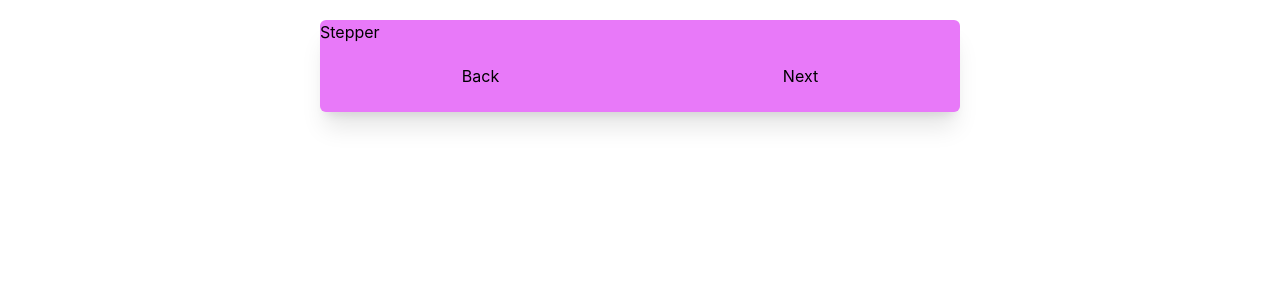
Repository: OmniaRafat232111121/reactstepper
Page: /
The author's editor kept a copy of each file at every save. The page is drawn from the files as they stood at one save, then again after a run of saves.
The browser window is 1280 px wide. The pictures show the whole page.
The project was rebuilt for these pictures with package versions that can differ from the ones it lists, and the page was loaded fresh each time. Also part of the build but not shown: src/App.css.

Above is the page before, as saved 2023-02-21 23:18:21.

### src/App.js

import './App.css';
import Stepper from './Component/Stepper';
import StepperControl from './Component/StepperControl';
function App() {
  return (
    <div className="md:w-1/2 mx-auto  rounded-md shadow-xl bg-fuchsia-400 pb-2 mt-5">
     {/*stepper*/}
    <div className='container horizontal mt-5'>
    <Stepper/>
    </div>
     {/*StepperCOntrol*/}
     <StepperControl/>
    </div>
  );
}

export default App;

### src/Component/Stepper.js
import React from 'react'

const Stepper = () => {
  return (
    <div>
      <h1>Stepper</h1>
    </div>
  )
}

export default Stepper

### src/Component/StepperControl.js
import React from 'react'

const StepperControl = () => {
  return (
    <div className='container  flex justify-around mt-5 mb-4'>
       {/*back button*/}
       <button className=''>
       Back
       </button>
        {/*next button*/}
        <button>
    Next
       </button>
    </div>
  )
}

export default StepperControl

Loaded but not shown: public/index.html (common file); src/index.js (common file); src/index.css (common file); tailwind.config.js (common file)

After the next 2 saves:
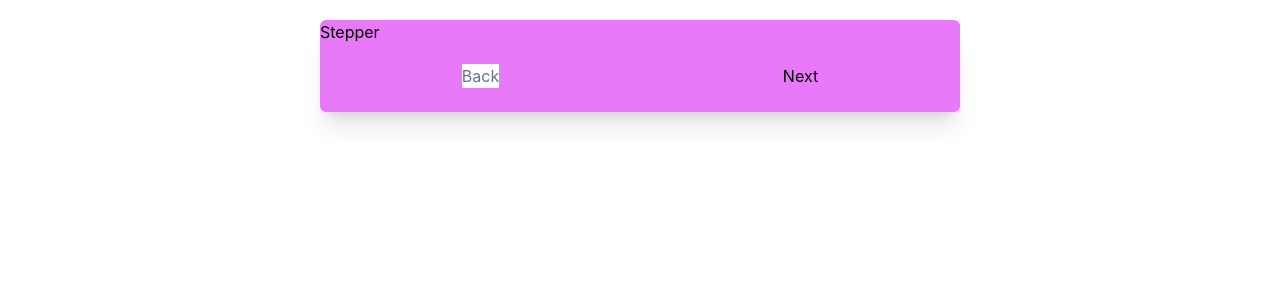
The 2 saves are shown as one change because they came seconds apart.
The last was saved 10 s later.
--- a/src/Component/StepperControl.js
+++ b/src/Component/StepperControl.js
@@ -4,7 +4,7 @@ const StepperControl = () => {
   return (
     <div className='container  flex justify-around mt-5 mb-4'>
        {/*back button*/}
-       <button className=''>
+       <button className='bg-white text-slate-500 '>
        Back
        </button>
         {/*next button*/}
